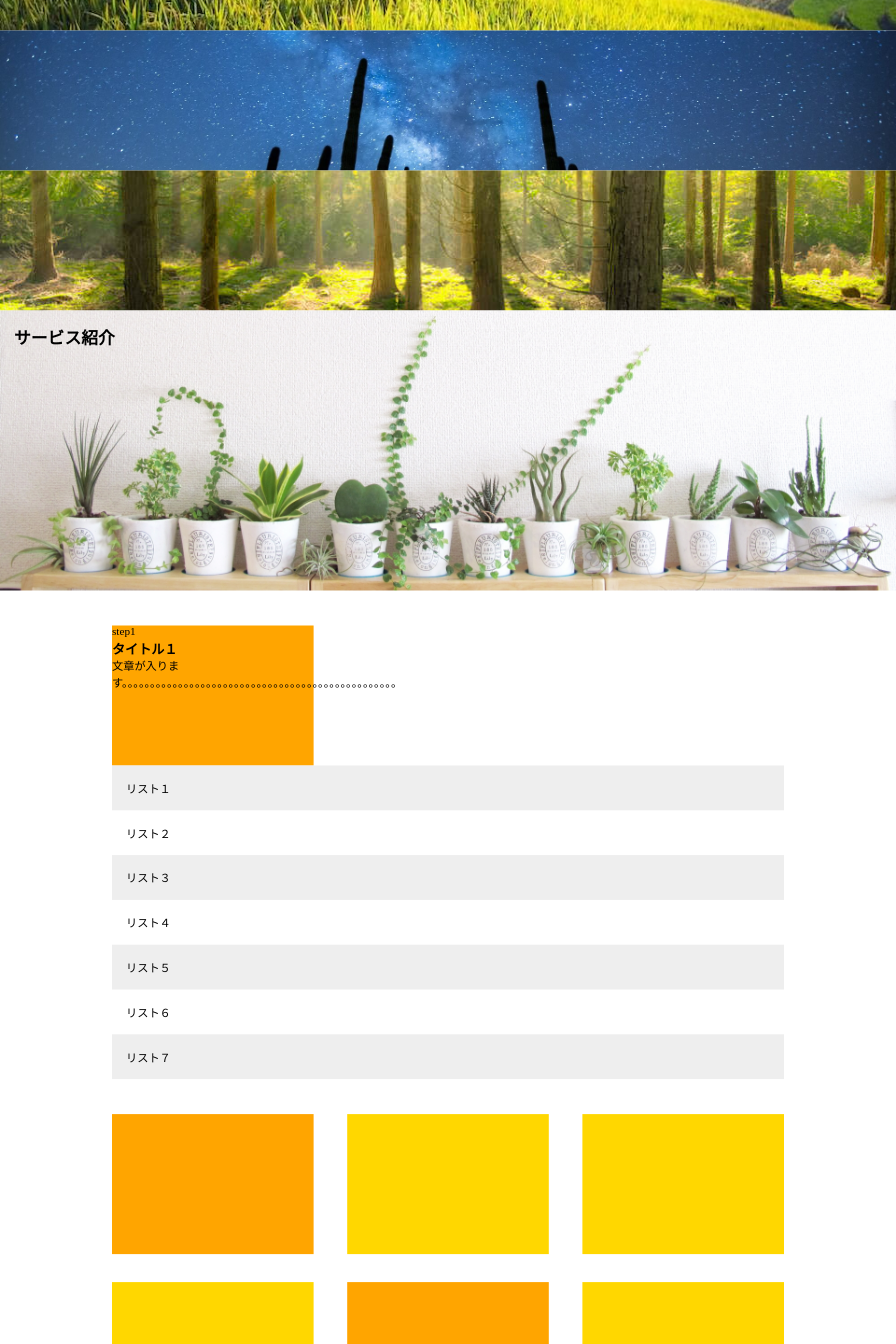
Repository: yymmyymm/review-sub1
Page: caravan2/index2.html
The author's editor kept a record of every edit. The page is drawn from the files as they stood at one moment, then again after the next edit.
The browser window is 1280 px wide. The pictures show the part of the page from y = 991 to 2911 px (the page is 3433 px tall), at 70% of full size.
Some web libraries are served in a nearby version.

Above is the page before.

After the next edit:
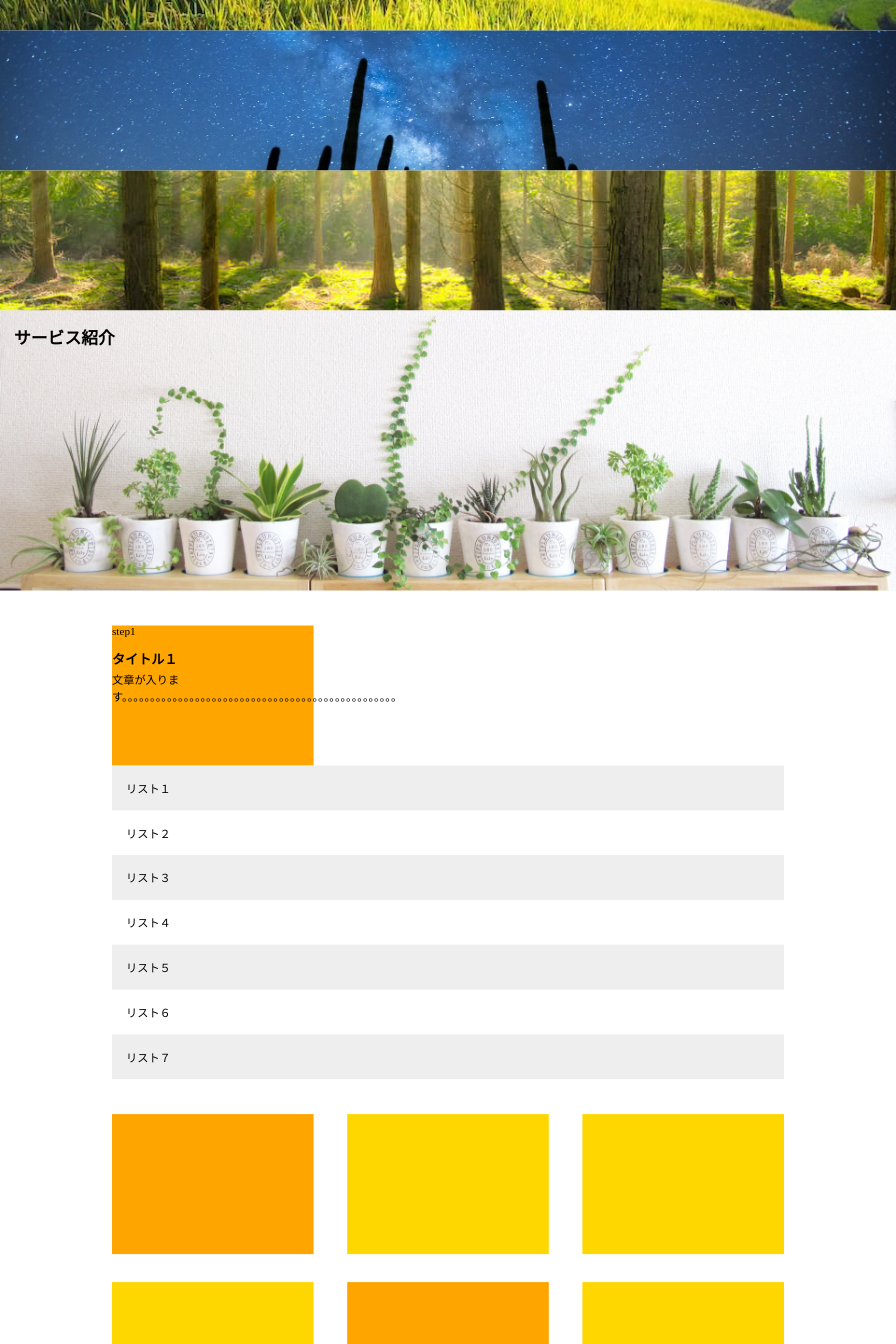
The edit:
--- a/caravan2/style2.css
+++ b/caravan2/style2.css
@@ -78,6 +78,9 @@
   color: #fff;
 }
 
+.title{
+  margin: 15px 0 5px;
+}
 
 .box1{
   width: 200px;
